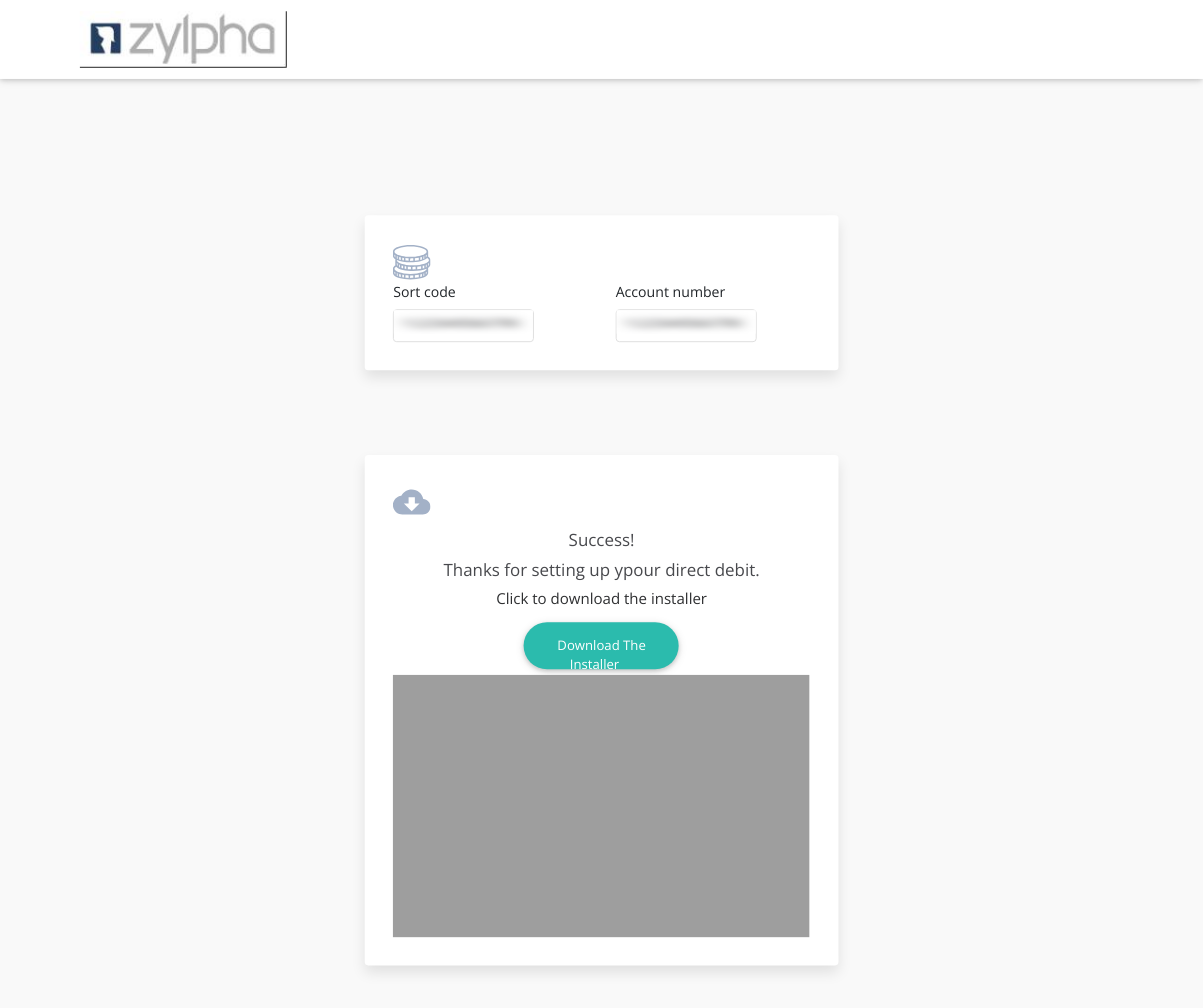
Repository: richdevelopments/frontend-webdesign
Page: success-from-DDM.html
The author's editor kept a record of every edit. The page is drawn from the files as they stood at one moment, then again after the next edit.
The browser window is 1280 px wide. The pictures show the whole page, at 94% of full size.
Pictures or frames that could not be fetched are drawn as grey boxes. Some web libraries are served in a nearby version.

Above is the page before.

### success-from-DDM.html
<!DOCTYPE html>
<html lang="en">
<head>
    <meta charset="UTF-8">
    <link href="https://fonts.googleapis.com/icon?family=Material+Icons" rel="stylesheet">
    <meta name="viewport" content="width=device-width, initial-scale=1.0">
    <meta http-equiv="X-UA-Compatible" content="ie=edge">


    <link rel="stylesheet" href="https://stackpath.bootstrapcdn.com/bootstrap/4.3.1/css/bootstrap.min.css" type="text/css" />
    <link rel="stylesheet" href="https://stackpath.bootstrapcdn.com/font-awesome/4.7.0/css/font-awesome.min.css" type="text/css" />
    <link href="https://cdnjs.cloudflare.com/ajax/libs/twitter-bootstrap/4.3.1/css/bootstrap.min.css" rel="stylesheet">
    <link href="https://cdnjs.cloudflare.com/ajax/libs/mdbootstrap/4.8.7/css/mdb.min.css" rel="stylesheet">
    <link rel="stylesheet" href="https://www.w3schools.com/w3css/4/w3.css">
    <link rel="stylesheet" href="assets/css/style.css" type="text/css" />

    <script src="https://use.fontawesome.com/222b4a6f6b.js"></script>


    <title>Success-from DDM</title>
</head>
<body>
    <nav class="navdefault navbar navbar-expand-lg static-top">
        <div class="container">
            <a class="navbar-brand" href="#">
                <img src="assets/images/zylpha.jpg" alt="logo" >
            </a>
        </div>
    </nav>
    </nav>
    <div class="container-fluid">
        <div class="card-container">
            <div class="row">
                <div class="col-sm-9 col-md-7 col-lg-5 mx-auto">
                    <div class="card card-signin my-5">
                        <div class="card-body">
                             <div class="circle-1 done">
                                 <svg version="1.2" xmlns="http://www.w3.org/2000/svg" xmlns:xlink="http://www.w3.org/1999/xlink" overflow="visible" preserveAspectRatio="none" viewBox="0 -2.001833180568287 48 48" width="40" height="40">
                                    <path d="M48,19.4c0-1.8-1.2-3.3-3.2-4.6c0-0.1,0.1-0.2,0.1-0.3H45v-6h0c0,0,0,0,0-0.1C45,3,33.4,0,22.5,0S0,2.9,0,8.5  c0,0,0,0.1,0,0.1h0v6h0.1c0.3,1.4,1.5,2.6,3.1,3.6C3.1,18.6,3,19,3,19.4c0,0,0,0.1,0,0.1h0v6h0.1c0,0.1,0.1,0.2,0.1,0.3  C1.2,27,0,28.6,0,30.4c0,0,0,0.1,0,0.1h0v6h0.1C1.3,41.7,12.2,44,22.5,44s21.2-2.3,22.4-7.5H45v-6h0c0,0,0-0.1,0-0.1  c0-0.4-0.1-0.8-0.2-1.1c1.6-1,2.7-2.2,3.1-3.7H48v-6h0C48,19.5,48,19.4,48,19.4z M22.5,2C34.6,2,43,5.5,43,8.6  c0,3.1-8.4,6.5-20.5,6.5S2,11.7,2,8.6C2,5.5,10.4,2,22.5,2z M43,12.3v1.4c0,0.8-0.4,1.5-1,2.2V13C42.4,12.8,42.7,12.5,43,12.3z   M40,14.1v3.3c-0.3,0.2-0.6,0.3-1,0.5v-3.3C39.3,14.4,39.7,14.2,40,14.1z M37,15.2v3.3c-0.6,0.2-1.3,0.4-2,0.5v-3.3  C35.7,15.6,36.4,15.4,37,15.2z M33,16.2v3.3c-1.5,0.3-3.2,0.5-5,0.6v-3.2C29.7,16.7,31.4,16.5,33,16.2z M26,17v3.2  c-1.1,0-2.3,0.1-3.5,0.1c-0.2,0-0.3,0-0.5,0v-3.1c0.2,0,0.3,0,0.5,0C23.7,17.1,24.8,17.1,26,17z M20,17v3.1c-1.4,0-2.7-0.1-4-0.2  v-3.2C17.3,16.9,18.7,17,20,17z M14,16.5v3.2c-0.7-0.1-1.4-0.2-2-0.3v-3.3C12.7,16.3,13.3,16.4,14,16.5z M10,15.7v3.3  c-0.7-0.2-1.4-0.3-2-0.5v-3.3C8.6,15.4,9.3,15.6,10,15.7z M5,17.3v-3.3c0.3,0.1,0.7,0.3,1,0.4v3.3C5.6,17.7,5.3,17.5,5,17.3z   M3,15.9c-0.6-0.7-1-1.4-1-2.2v-1.4c0.3,0.3,0.6,0.5,1,0.7V15.9z M5,23.1c0.3,0.3,0.6,0.5,1,0.7v2.9c-0.6-0.7-1-1.4-1-2.2V23.1z   M3,37.7c-0.6-0.7-1-1.4-1-2.2V34c0.3,0.3,0.6,0.5,1,0.7V37.7z M6,39.6c-0.4-0.2-0.7-0.3-1-0.5v-3.3c0.3,0.1,0.7,0.3,1,0.4V39.6z   M10,40.8c-0.7-0.2-1.4-0.3-2-0.5V37c0.6,0.2,1.3,0.4,2,0.5V40.8z M14,41.5c-0.7-0.1-1.4-0.2-2-0.3v-3.3c0.7,0.1,1.3,0.2,2,0.3V41.5  z M20,42c-1.4,0-2.7-0.1-4-0.2v-3.2c1.3,0.1,2.7,0.2,4,0.3V42z M26,41.9C24.9,42,23.7,42,22.5,42c-0.2,0-0.3,0-0.5,0v-3.1  c0.2,0,0.3,0,0.5,0c1.2,0,2.3,0,3.5-0.1V41.9z M33,41.2c-1.5,0.3-3.2,0.5-5,0.6v-3.2c1.7-0.2,3.4-0.4,5-0.7V41.2z M37,40.3  c-0.6,0.2-1.3,0.4-2,0.5v-3.3c0.7-0.2,1.4-0.3,2-0.5V40.3z M40,39.1c-0.3,0.2-0.6,0.3-1,0.5v-3.3c0.3-0.1,0.7-0.3,1-0.4V39.1z   M43,35.5c0,0.8-0.4,1.5-1,2.2v-2.9c0.4-0.2,0.7-0.5,1-0.7V35.5z M43,30.4c0,3.1-8.4,6.5-20.5,6.5S2,33.4,2,30.4  c0-0.9,0.8-1.9,2.2-2.8C7.4,31.4,16.7,33,25.5,33c6.4,0,13.1-0.9,17.5-2.8C43,30.3,43,30.3,43,30.4z M8,28.2v-3.3  c0.3,0.1,0.7,0.3,1,0.4v3.3C8.6,28.5,8.3,28.3,8,28.2z M11,29.4V26c0.6,0.2,1.3,0.4,2,0.5v3.3C12.3,29.7,11.6,29.5,11,29.4z   M15,30.3V27c0.7,0.1,1.3,0.2,2,0.3v3.2C16.3,30.5,15.6,30.4,15,30.3z M19,30.8v-3.2c1.3,0.1,2.7,0.2,4,0.3V31  C21.6,31,20.3,30.9,19,30.8z M25,31v-3.1c0.2,0,0.3,0,0.5,0c1.2,0,2.3,0,3.5-0.1V31c-1.1,0.1-2.3,0.1-3.5,0.1  C25.3,31.1,25.2,31,25,31z M31,30.9v-3.2c1.7-0.2,3.4-0.4,5-0.7v3.3C34.5,30.5,32.8,30.7,31,30.9z M38,29.9v-3.3  c0.7-0.2,1.4-0.3,2-0.5v3.4C39.4,29.5,38.7,29.7,38,29.9z M43,28.2c-0.3,0.2-0.6,0.3-1,0.5v-3.3c0.3-0.1,0.7-0.3,1-0.4V28.2z   M46,24.5c0,0.8-0.4,1.5-1,2.2v-2.9c0.4-0.2,0.7-0.5,1-0.7V24.5z M25.5,25.9C13.4,25.9,5,22.5,5,19.4c0-0.1,0-0.2,0-0.3  c4.4,2,11,3,17.5,3c8.8,0,18-1.9,21.2-5.5c1.4,0.9,2.3,1.9,2.3,2.8C46,22.5,37.6,25.9,25.5,25.9z"
                                    style="fill: rgb(163, 177, 199); margin: 0 auto;" vector-effect="non-scaling-stroke"/><g/>
                                </svg>
                            </div>
                            <form class="form-signin">
                                <div class="row">
                                <div class="col">
                                    <label for="sortcode">Sort code</label><br>
                                    <div style="width: 150px; height: 35px; border: 1px solid #DDD; border-radius: 4px;">
                                        <img src="assets/images/screenshot-2019-08-02-at-11-00-44-397904-png.png"  style="width: 100%; height: 25px;" />
                                    </div>
                                </div><br>
                                <div class="col">
                                    <label for="account_number">Account number</label><br>
                                    <div style="width: 150px; height: 35px; border: 1px solid #DDD; border-radius: 4px;">
                                        <img src="assets/images/screenshot-2019-08-02-at-11-00-44-397904-png.png"  style="width: 100%; height: 25px;" />
                                    </div>
                                </div>
                                </div>
                            </form>
                        </div>
                    </div>
                </div>
            </div>
            <div class="row">
                <div class="col-sm-9 col-md-7 col-lg-5 mx-auto">
                    <div class="card card-signin my-5">
                        <div class="card-body">
                            <div class="circle-2">
                                <svg version="1.2" xmlns="http://www.w3.org/2000/svg" xmlns:xlink="http://www.w3.org/1999/xlink" overflow="visible" preserveAspectRatio="none" viewBox="0 0 24 24" width="40" height="40"><g>
                                    <path xmlns:default="http://www.w3.org/2000/svg" d="M19.35 10.04C18.67 6.59 15.64 4 12 4 9.11 4 6.6 5.64 5.35 8.04 2.34 8.36 0 10.91 0 14c0 3.31 2.69 6 6 6h13c2.76 0 5-2.24 5-5 0-2.64-2.05-4.78-4.65-4.96zM17 13l-5 5-5-5h3V9h4v4h3z" style="fill: rgb(163, 177, 199);" vector-effect="non-scaling-stroke"/></g></svg>
                            </div>
                            <h5 class="text-center">Success!</h5>
                            <h5 class="text-center">Thanks for setting up ypour direct debit.</h5>
                            <h6 class="text-center">Click to download the installer</h6>
                            <div class="text-center">
                            <button class="btn btn-default btn-round text-capitalize" type="button" >Download the installer<i class="cloud-download-alt"></i></button>
                            </div>
                            <div style="position:relative; padding-bottom:56.25%; padding-top:30px; height:0; overflow:hidden;">
                            <iframe width="425" height="344" src="https://www.zylpha.com/wp-content/uploads/2019/04/V5-Download-Install.mp4" frameborder="0" allowfullscreen style="position:absolute; top:0; left:0; width:100%; height:100%;">
                            </iframe>
                            </div>
                        </div>
                    </div>
                </div>
            </div>
        </div>

    </div>
</body>
</html>

### assets/css/style.css
@import url(http://fonts.googleapis.com/css?family=Open+Sans:100,200,300,400,500,600,700|Exo:100,200,300,400,500,600,700);

body {
    font-family: 'Open Sans', sans-serif;
}

.navdefault {
    top: 0;
    left: 0;
    right: 0;
    background-color: #ffffff;
}

body {
  background-color: #f9f9f9;
}

.container-fluid {
  padding-top: 100px;
}


 /* images */

logo {
  position: fixed

}

img {
  width: 220px;
  height: 60px;

}

img.displayed {
    display: block;
    margin-left: auto;
    margin-right: auto;

}

.email-img {
    width: 100%;
    height: 35px;
    border: 1px solid #DDD;
    border-radius: 4px;
    background-image: url(assets/images/screenshot-2019-08-02-at-10-16-55-158681-png.png);
    background-size: auto 80%;
    background-repeat: no-repeat;
    background-position: center left;
}


 /* cards */

.card-signin img {
  margin-bottom: 2rem;
  font-weight: 300;
  font-size: 1.5rem;
}

.card-signin {
  border: 0;
  /*border-radius: 1rem;*/
  box-shadow: 0 0.5rem 1rem 0 rgba(0, 0, 0, 0.1);
}

.card-signin .card-body {
  padding: 2rem;
}

form-signin {
  font-size: 80%;
  border-radius: 5rem;
  letter-spacing: .1rem;
  font-weight: bold;
  /*padding-bottom: 1rem;*/
  transition: all 0.2s;
}

.form-label-group {
  position: relative;
  margin-bottom: 2rem;
}

.center-form {
    margin: 0 auto;
}


 /* circle icons */

.circle {
  display: flex;
  align-items: center;
  justify-content: center;
  position: relative;
  bottom: 78px;
  width: 95px;
  height: 95px;
  border: 6px solid #ffffff;
  border-radius: 400px;
  background-image: linear-gradient(75deg, #f0f0f0 3%, #d1e3f0 100%);
  background-position: center center;
  background-size: cover;
  box-shadow: 0px 0px 1px rgba(0, 0, 0, 0.05), 0px 0px 3px rgba(0, 0, 0, 0.05), 0px 2px 8px rgba(0, 0, 0, 0.15);
  margin-bottom: -78px;
  margin-left: auto;
  margin-right: auto;
}

.circle.done:after {
  content: " ";
  width: 30px;
  height: 30px;
  background: turquoise;
  position: absolute;
  right: -8px;
  bottom: -8px;
  border-radius: 600px;
  background-image: url(http://www.sclance.com/pngs/white-checkmark-png/white_checkmark_png_1506305.png);
  background-size: 65%;
  background-repeat: no-repeat;
  background-position: center;
}

 .material-icons {
  font-family: 'Material Icons';
  font-weight: normal;
  font-style: normal;
  font-size: 24px;  /* Preferred icon size */
  display: inline-block;
  line-height: 1;
  text-transform: none;
  letter-spacing: normal;
  word-wrap: normal;
  white-space: nowrap;
  direction: ltr;
 }

  /* buttons */

 .btn-default {
   width: 165px;
   height: 50px;
   border-radius: 300px;
   background-color: #00a87e;
   background-size: cover;
   font-family: Open Sans;
   font-size: 14px;
   color: #ffffff;
   text-decoration: none solid rgb(255, 255, 255);
   text-align: center;
 }

 .btn-warning {
  width: 123px;
  height: 50px;
  padding: 0px 0px 0px 0px;
  border-radius: 300px;
  background-color: #eb9c00;
  background-size: cover;
  font-family: Open Sans;
  font-size: 14px;
  color: #ffffff;
  font-weight: 600;
  text-decoration: none solid rgb(255, 255, 255);
  text-align: center;
}

i {
  padding: 0px 10px 0px 5px;
}

h5 {
    font-family: Open Sans;
    color: #48494d;
    font-weight: 600;
}

h6 {
    font-family: Open Sans;
    color: #2e2f31;
    font-weight: 600;
}

.label {
    width: 161px;
    height: 19px;
    font-family: Open Sans;
    font-size: 14px;
    color: #48494d;
    font-weight: 600;
    text-decoration: none solid rgb(72, 73, 77);
}

.thanks-message {
  padding: 5px;
}

After the next edit:
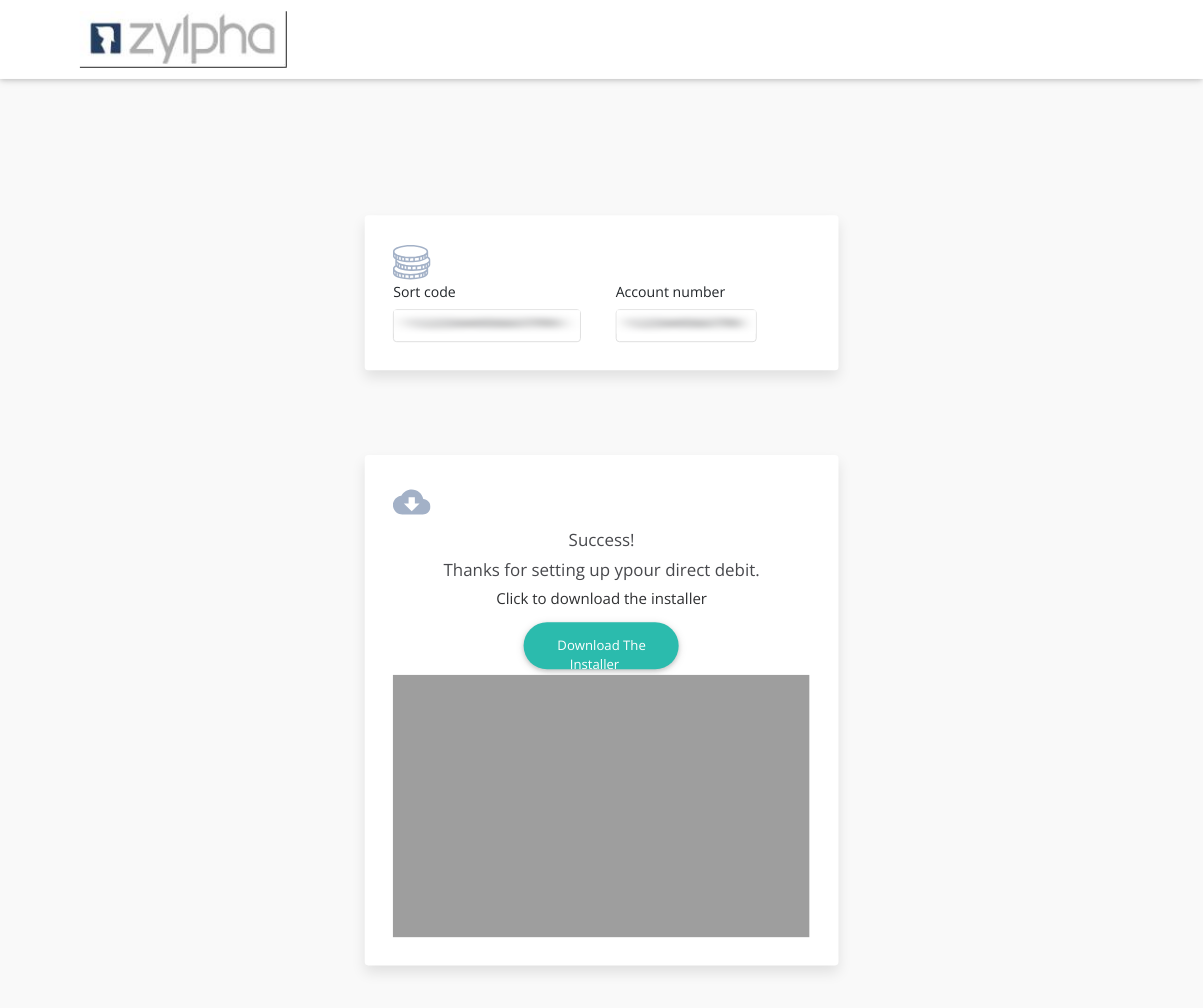
The edit:
--- a/success-from-DDM.html
+++ b/success-from-DDM.html
@@ -44,7 +44,7 @@
                                 <div class="row">
                                 <div class="col">
                                     <label for="sortcode">Sort code</label><br>
-                                    <div style="width: 150px; height: 35px; border: 1px solid #DDD; border-radius: 4px;">
+                                    <div style="width: 200px; height: 35px; border: 1px solid #DDD; border-radius: 4px;">
                                         <img src="assets/images/screenshot-2019-08-02-at-11-00-44-397904-png.png"  style="width: 100%; height: 25px;" />
                                     </div>
                                 </div><br>
